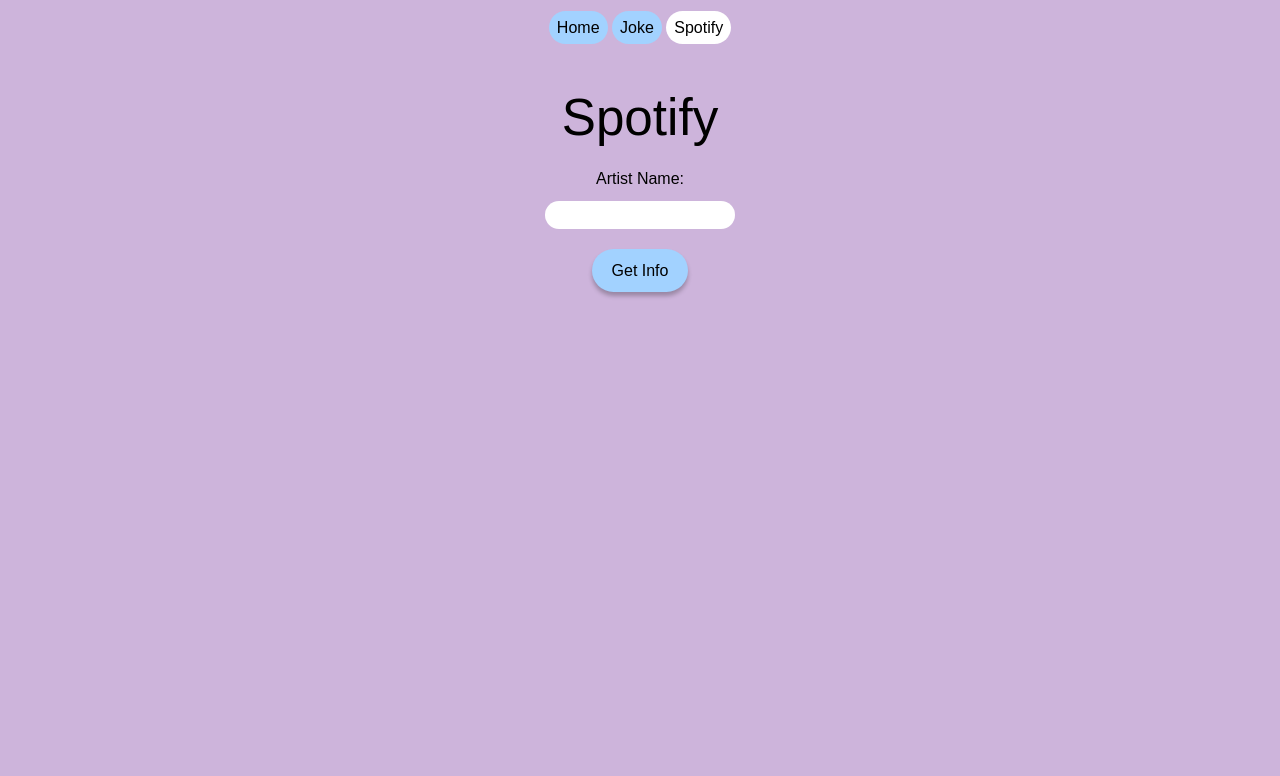
Repository: rosieomusic/spotify-react
Page: /#/spotify
An editor plug-in stored every save of this project. The page is shown before and after the next save, followed by the edit.
The browser window is 1280 px wide. The pictures show the whole page.
The page's requests for data from a server got no answer. Some web fonts or font styles are not loaded; a fallback is used. The project was rebuilt for these pictures with package versions that can differ from the ones it lists, and the page was loaded fresh each time. No one was signed in, and anything a server would have sent is missing. Settings that the repository does not hold, such as keys and server addresses, were given made-up values. Also part of the build but not shown: vite.config.js, src/pages/HomePage.jsx, src/components/AlbumComponent.jsx, src/services/JokeService.js, src/pages/JokePage.jsx.

Above is the page before, as saved 2025-05-22 13:55:48.

After the next save:
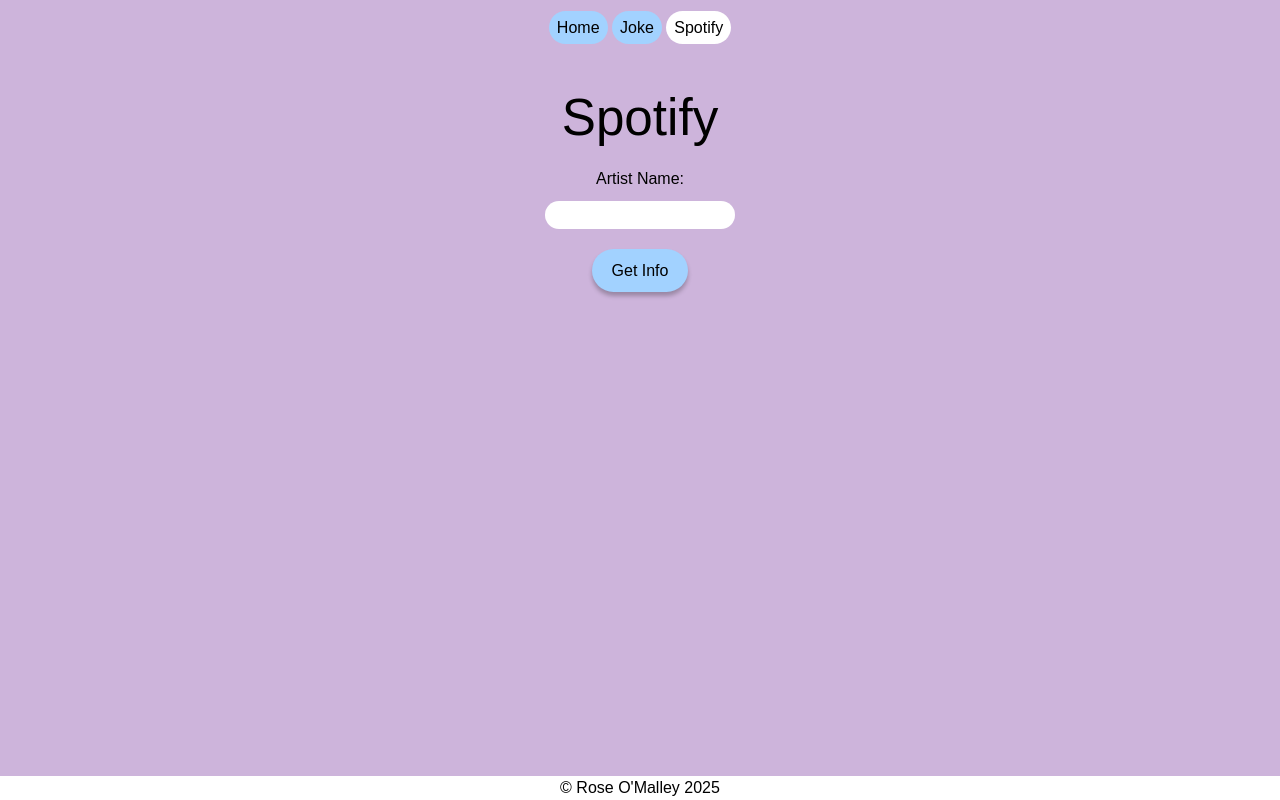
Saved 2 min 58 s later.
--- a/src/App.jsx
+++ b/src/App.jsx
@@ -52,6 +52,7 @@ function App() {
 						/>
 					</Routes>
 				</main>
+				<footer>&copy; Rose O'Malley 2025</footer>
 			</div>
 		</HashRouter>
 	);
